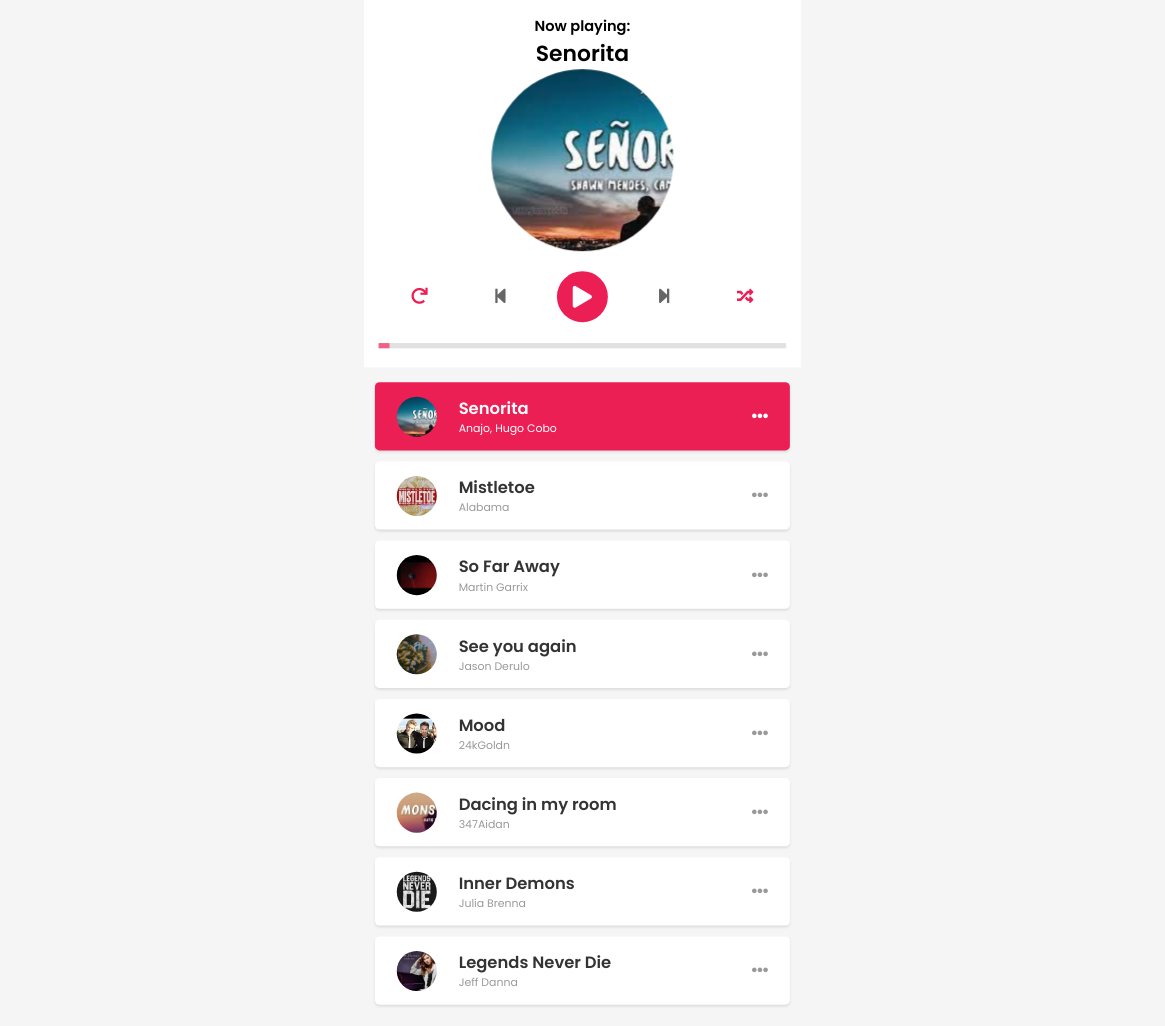
Repository: MinhNhatIT2901/Mp3-clon
Page: index.html
The author's editor kept a copy of each file at every save. The page is drawn from the files as they stood at one save, then again after the next save.
The browser window is 1280 px wide. The pictures show the whole page, at 91% of full size.

Above is the page before, as saved 2022-01-02 19:00:07.

After the next save:
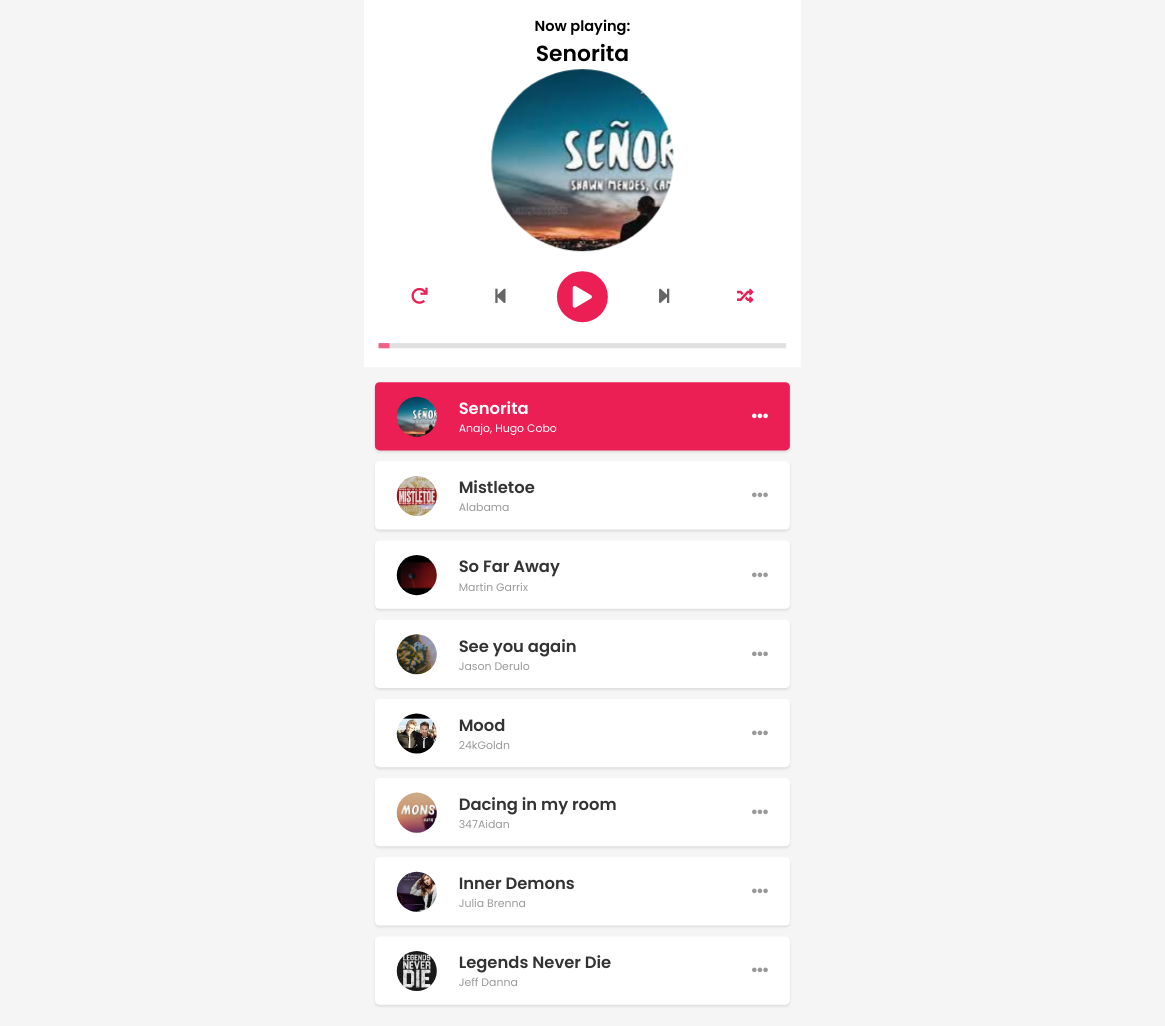
Saved 27 s later.
--- a/asset/css/app.js
+++ b/asset/css/app.js
@@ -64,13 +64,13 @@ const app = {
             name: 'Inner Demons',
             singer: 'Julia Brenna',
             path: './asset/music/music7.mp3',
-            image: './asset/img/img7.jpg'
+            image: './asset/img/img8.jpg'
         },
         {
             name: 'Legends Never Die',
             singer: 'Jeff Danna',
             path: './asset/music/music8.mp3',
-            image: './asset/img/img8.jpg'
+            image: './asset/img/img7.jpg'
         }
     ],
     setConfig: function(key, value) {
